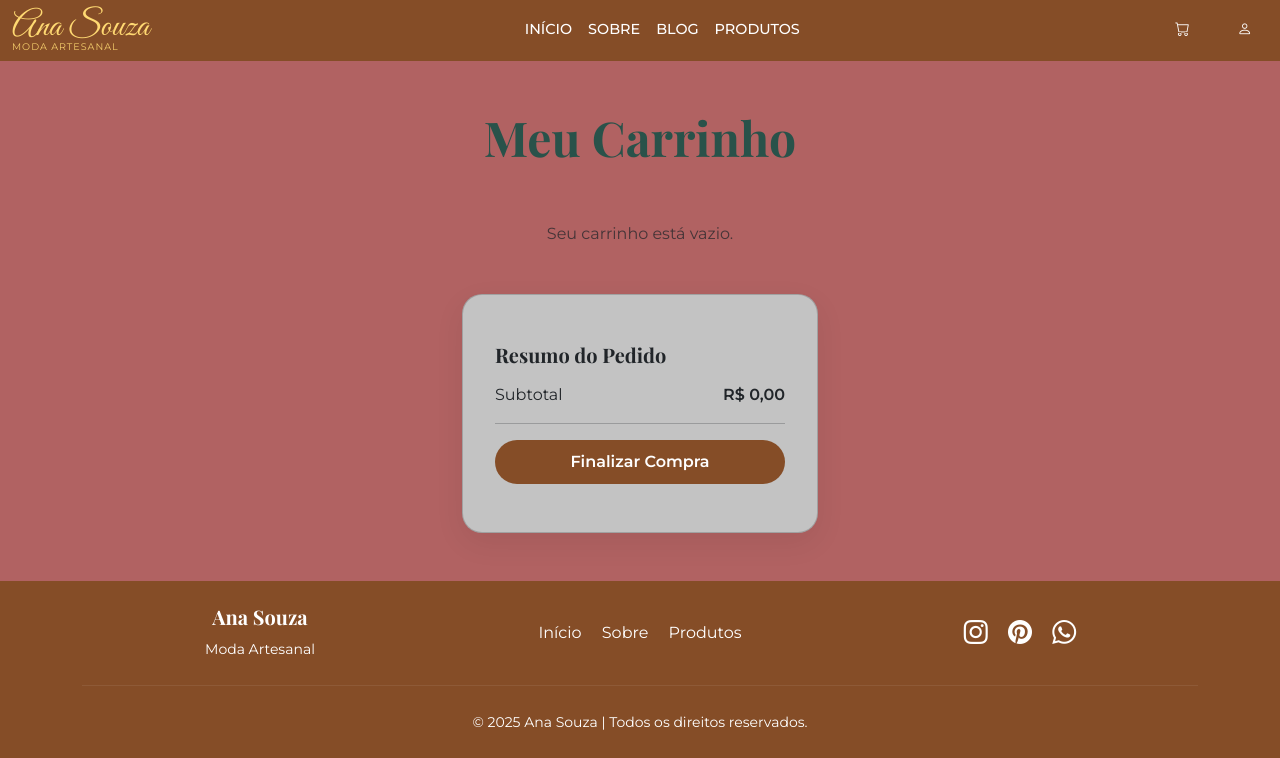
Repository: Lucascsg/projeto-anasouza-frontend
Page: carrinho.html
The author's editor kept a copy of each file at every save. The page is drawn from the files as they stood at one save, then again after the next save.
The browser window is 1280 px wide. The pictures show the whole page.

Above is the page before, as saved 2025-10-21 18:56:52.

After the next save:
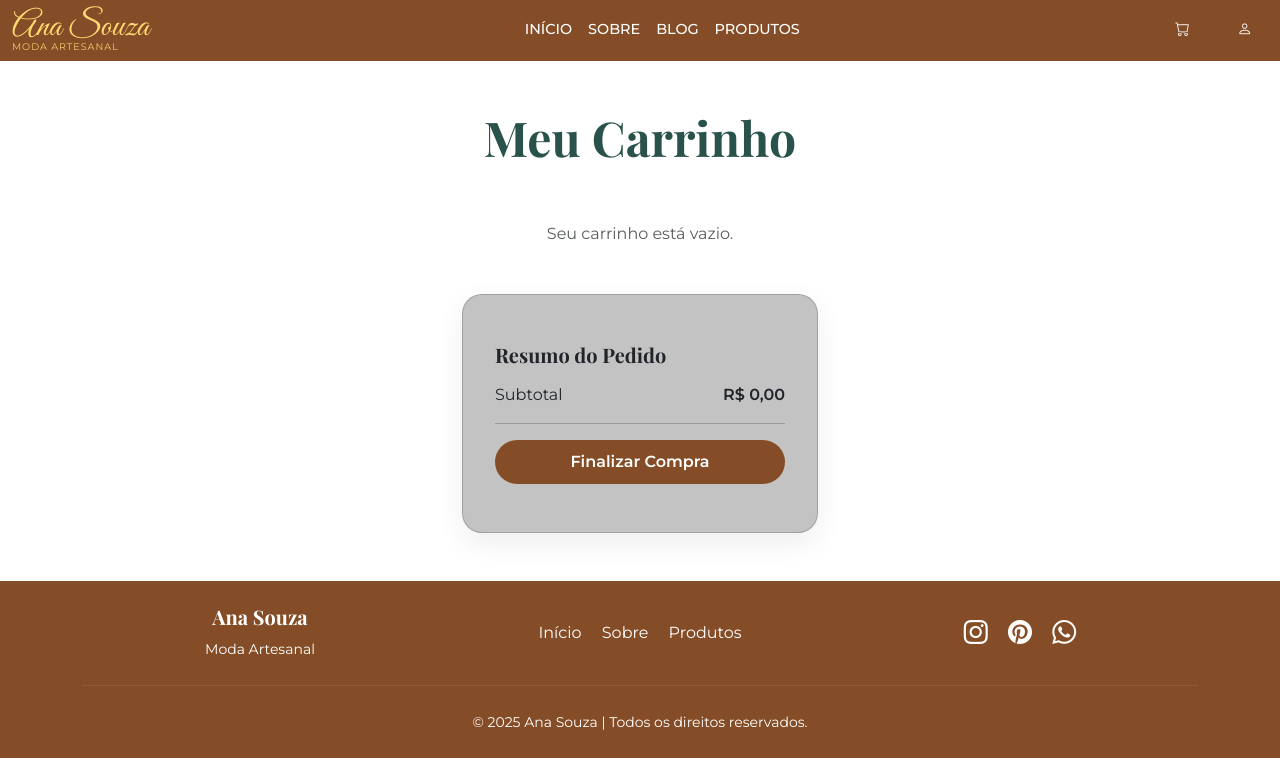
Saved 81 s later.
--- a/carrinho.html
+++ b/carrinho.html
@@ -13,7 +13,7 @@
     <link href="https://fonts.googleapis.com/css2?family=Montserrat:wght@400;500;600&family=Playfair+Display:wght@700&family=Great+Vibes&display=swap" rel="stylesheet">
     <link rel="stylesheet" href="https://unpkg.com/aos@next/dist/aos.css" />
 </head>
-<body>
+<body class="bg-white-page">
 
     <header>
         <nav class="navbar navbar-expand-lg navbar-dark navbar-custom">
